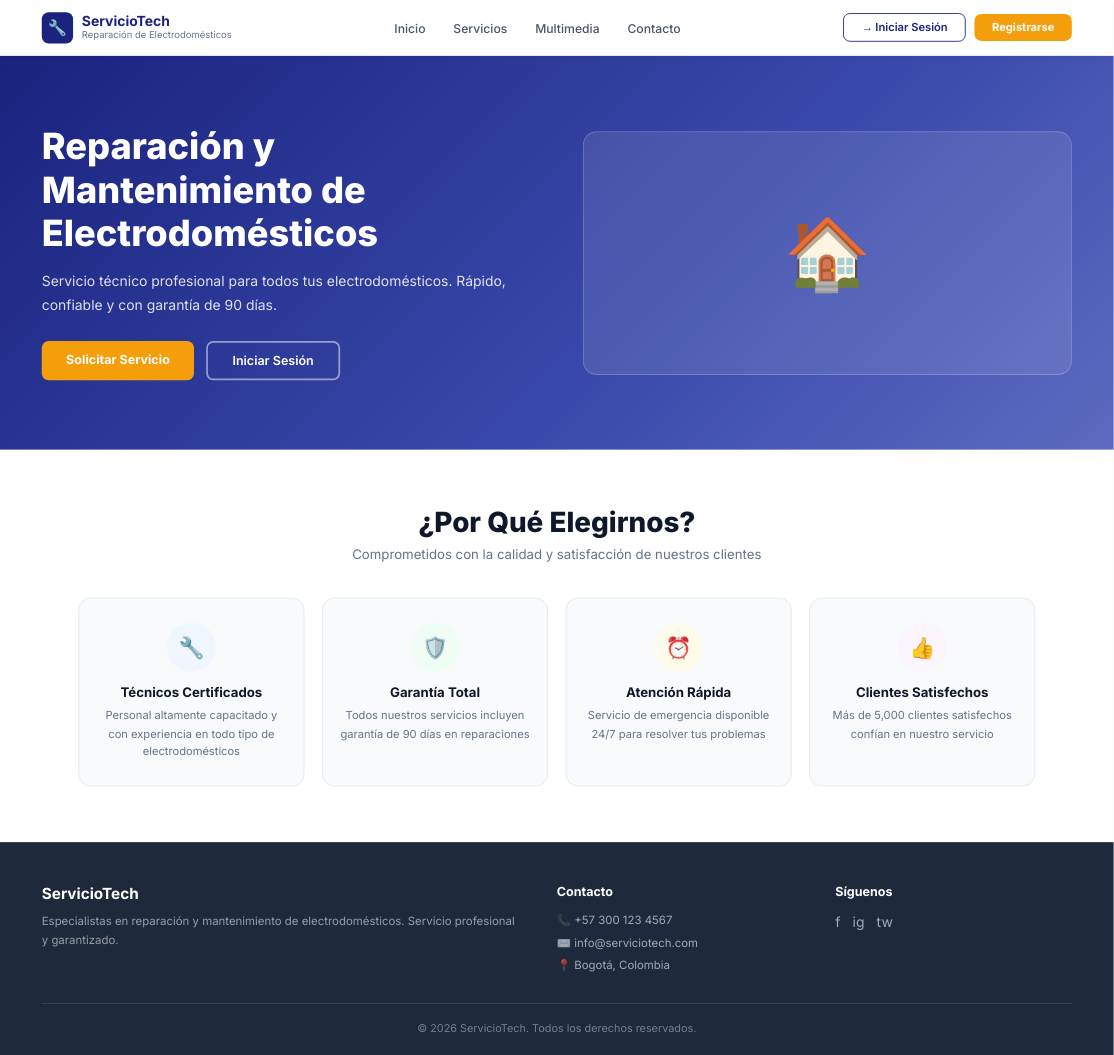
Repository: josuecadena337-hue/serviciotech-larevel-
Page: resources/views/welcome.blade.php
These files come from the project's save history. The page is drawn as it stood at one moment and after the next save; the edit follows.
The browser window is 1280 px wide. The pictures show the whole page, at 87% of full size.
The page is served by the project's Laravel application, run on PHP 8.4 with Laravel 12. Other server files are loaded and not shown. The template is opened directly, without the code that normally fills it, so the values that code supplies are empty.

Above is the page before, as saved 2026-08-20 11:09:22.

### resources/views/welcome.blade.php
<!DOCTYPE html>
<html lang="es">
<head>
    <meta charset="UTF-8">
    <meta name="viewport" content="width=device-width, initial-scale=1.0">
    <title>ServicioTech — Reparación de Electrodomésticos</title>
    <link href="https://fonts.googleapis.com/css2?family=Inter:wght@400;500;600;700;800&display=swap" rel="stylesheet">
    <style>
        * { margin: 0; padding: 0; box-sizing: border-box; }
        body { font-family: 'Inter', sans-serif; color: #1e293b; background: #f8fafc; }

        /* ── NAVBAR ── */
        .navbar { background: white; padding: 0 48px; display: flex; align-items: center; justify-content: space-between; height: 64px; border-bottom: 1px solid #e2e8f0; position: sticky; top: 0; z-index: 100; box-shadow: 0 1px 8px rgba(0,0,0,0.06); }
        .navbar-brand { display: flex; align-items: center; gap: 10px; text-decoration: none; }
        .brand-icon { background: #1a237e; color: #f59e0b; width: 36px; height: 36px; border-radius: 8px; display: flex; align-items: center; justify-content: center; font-size: 1.1rem; }
        .brand-text h2 { color: #1a237e; font-size: 1rem; font-weight: 700; line-height: 1.1; }
        .brand-text p  { color: #64748b; font-size: 0.68rem; }
        .navbar-links { display: flex; align-items: center; gap: 32px; list-style: none; }
        .navbar-links a { color: #475569; text-decoration: none; font-size: 0.875rem; font-weight: 500; transition: color 0.2s; }
        .navbar-links a:hover { color: #1a237e; }
        .navbar-actions { display: flex; gap: 10px; align-items: center; }
        .btn-login { padding: 8px 20px; border: 1.5px solid #1a237e; border-radius: 8px; color: #1a237e; background: transparent; font-size: 0.8rem; font-weight: 600; text-decoration: none; display: flex; align-items: center; gap: 6px; transition: all 0.2s; }
        .btn-login:hover { background: #eff6ff; }
        .btn-register { padding: 8px 20px; background: #f59e0b; border: none; border-radius: 8px; color: white; font-size: 0.8rem; font-weight: 700; text-decoration: none; transition: all 0.2s; }
        .btn-register:hover { background: #d97706; }

        /* ── HERO ── */
        .hero { background: linear-gradient(135deg, #1a237e 0%, #3949ab 60%, #5c6bc0 100%); padding: 80px 48px; display: grid; grid-template-columns: 1fr 1fr; gap: 60px; align-items: center; }
        .hero-content h1 { color: white; font-size: 2.6rem; font-weight: 800; line-height: 1.2; margin-bottom: 16px; }
        .hero-content p  { color: rgba(255,255,255,0.85); font-size: 1rem; line-height: 1.7; margin-bottom: 28px; }
        .hero-buttons { display: flex; gap: 14px; }
        .btn-hero-primary { padding: 12px 28px; background: #f59e0b; color: white; font-weight: 700; font-size: 0.9rem; border-radius: 8px; text-decoration: none; transition: all 0.2s; }
        .btn-hero-primary:hover { background: #d97706; transform: translateY(-1px); }
        .btn-hero-secondary { padding: 12px 28px; background: transparent; color: white; font-weight: 600; font-size: 0.9rem; border-radius: 8px; text-decoration: none; border: 2px solid rgba(255,255,255,0.5); transition: all 0.2s; }
        .btn-hero-secondary:hover { border-color: white; background: rgba(255,255,255,0.1); }
        .hero-image { background: rgba(255,255,255,0.1); border-radius: 16px; height: 280px; display: flex; align-items: center; justify-content: center; font-size: 5rem; border: 1px solid rgba(255,255,255,0.2); }

        /* ── POR QUÉ ELEGIRNOS ── */
        .features { padding: 64px 48px; background: white; }
        .section-title { text-align: center; margin-bottom: 40px; }
        .section-title h2 { font-size: 2rem; font-weight: 800; color: #0f172a; margin-bottom: 8px; }
        .section-title p  { color: #64748b; font-size: 0.95rem; }
        .features-grid { display: grid; grid-template-columns: repeat(4,1fr); gap: 20px; max-width: 1100px; margin: 0 auto; }
        .feature-card { background: #f8fafc; border-radius: 14px; padding: 28px 20px; text-align: center; border: 1px solid #e2e8f0; transition: all 0.2s; }
        .feature-card:hover { transform: translateY(-3px); box-shadow: 0 8px 24px rgba(0,0,0,0.08); }
        .feature-icon { width: 56px; height: 56px; border-radius: 50%; display: flex; align-items: center; justify-content: center; font-size: 1.5rem; margin: 0 auto 14px; }
        .feature-card h3 { font-size: 0.95rem; font-weight: 700; margin-bottom: 8px; color: #0f172a; }
        .feature-card p  { font-size: 0.8rem; color: #64748b; line-height: 1.6; }

        /* ── FOOTER ── */
        footer { background: #1e293b; color: white; padding: 48px 48px 24px; }
        .footer-grid { display: grid; grid-template-columns: 2fr 1fr 1fr; gap: 48px; margin-bottom: 36px; }
        .footer-brand h3 { font-size: 1.1rem; font-weight: 700; margin-bottom: 10px; }
        .footer-brand p  { color: rgba(255,255,255,0.55); font-size: 0.82rem; line-height: 1.7; }
        .footer-col h4   { font-size: 0.9rem; font-weight: 700; margin-bottom: 16px; }
        .footer-col ul   { list-style: none; display: flex; flex-direction: column; gap: 10px; }
        .footer-col ul li { color: rgba(255,255,255,0.6); font-size: 0.82rem; display: flex; align-items: center; gap: 8px; }
        .footer-bottom { border-top: 1px solid rgba(255,255,255,0.1); padding-top: 20px; text-align: center; color: rgba(255,255,255,0.4); font-size: 0.78rem; }
    </style>
</head>
<body>

{{-- NAVBAR --}}
<nav class="navbar">
    <a href="{{ route('inicio') }}" class="navbar-brand">
        <div class="brand-icon">🔧</div>
        <div class="brand-text">
            <h2>ServicioTech</h2>
            <p>Reparación de Electrodomésticos</p>
        </div>
    </a>
    <ul class="navbar-links">
        <li><a href="{{ route('inicio') }}">Inicio</a></li>
        <li><a href="{{ route('servicios') }}">Servicios</a></li>
        <li><a href="{{ route('multimedia') }}">Multimedia</a></li>
        <li><a href="{{ route('contacto') }}">Contacto</a></li>
    </ul>
    <div class="navbar-actions">
        <a href="{{ route('login') }}" class="btn-login">→ Iniciar Sesión</a>
        <a href="{{ route('registro') }}" class="btn-register">Registrarse</a>
    </div>
</nav>

{{-- HERO --}}
<section class="hero">
    <div class="hero-content">
        <h1>Reparación y Mantenimiento de Electrodomésticos</h1>
        <p>Servicio técnico profesional para todos tus electrodomésticos. Rápido, confiable y con garantía de 90 días.</p>
        <div class="hero-buttons">
            <a href="{{ route('registro') }}" class="btn-hero-primary">Solicitar Servicio</a>
            <a href="{{ route('login') }}" class="btn-hero-secondary">Iniciar Sesión</a>
        </div>
    </div>
    <div class="hero-image">🏠</div>
</section>

{{-- ¿POR QUÉ ELEGIRNOS? --}}
<section class="features">
    <div class="section-title">
        <h2>¿Por Qué Elegirnos?</h2>
        <p>Comprometidos con la calidad y satisfacción de nuestros clientes</p>
    </div>
    <div class="features-grid">
        <div class="feature-card">
            <div class="feature-icon" style="background:#eff6ff;">🔧</div>
            <h3>Técnicos Certificados</h3>
            <p>Personal altamente capacitado y con experiencia en todo tipo de electrodomésticos</p>
        </div>
        <div class="feature-card">
            <div class="feature-icon" style="background:#f0fdf4;">🛡️</div>
            <h3>Garantía Total</h3>
            <p>Todos nuestros servicios incluyen garantía de 90 días en reparaciones</p>
        </div>
        <div class="feature-card">
            <div class="feature-icon" style="background:#fffbeb;">⏰</div>
            <h3>Atención Rápida</h3>
            <p>Servicio de emergencia disponible 24/7 para resolver tus problemas</p>
        </div>
        <div class="feature-card">
            <div class="feature-icon" style="background:#faf5ff;">👍</div>
            <h3>Clientes Satisfechos</h3>
            <p>Más de 5,000 clientes satisfechos confían en nuestro servicio</p>
        </div>
    </div>
</section>

{{-- FOOTER --}}
<footer id="contacto">
    <div class="footer-grid">
        <div class="footer-brand">
            <h3>ServicioTech</h3>
            <p>Especialistas en reparación y mantenimiento de electrodomésticos. Servicio profesional y garantizado.</p>
        </div>
        <div class="footer-col">
            <h4>Contacto</h4>
            <ul>
                <li>📞 +57 300 123 4567</li>
                <li>✉️ info@serviciotech.com</li>
                <li>📍 Bogotá, Colombia</li>
            </ul>
        </div>
        <div class="footer-col">
            <h4>Síguenos</h4>
            <div style="display:flex; gap:14px; margin-top:4px;">
                <a href="#" style="color:rgba(255,255,255,0.6); text-decoration:none;">f</a>
                <a href="#" style="color:rgba(255,255,255,0.6); text-decoration:none;">ig</a>
                <a href="#" style="color:rgba(255,255,255,0.6); text-decoration:none;">tw</a>
            </div>
        </div>
    </div>
    <div class="footer-bottom">
        <p>© {{ date('Y') }} ServicioTech. Todos los derechos reservados.</p>
    </div>
</footer>

</body>
</html>

Loaded but not shown: routes/web.php (common file)

After the next save:
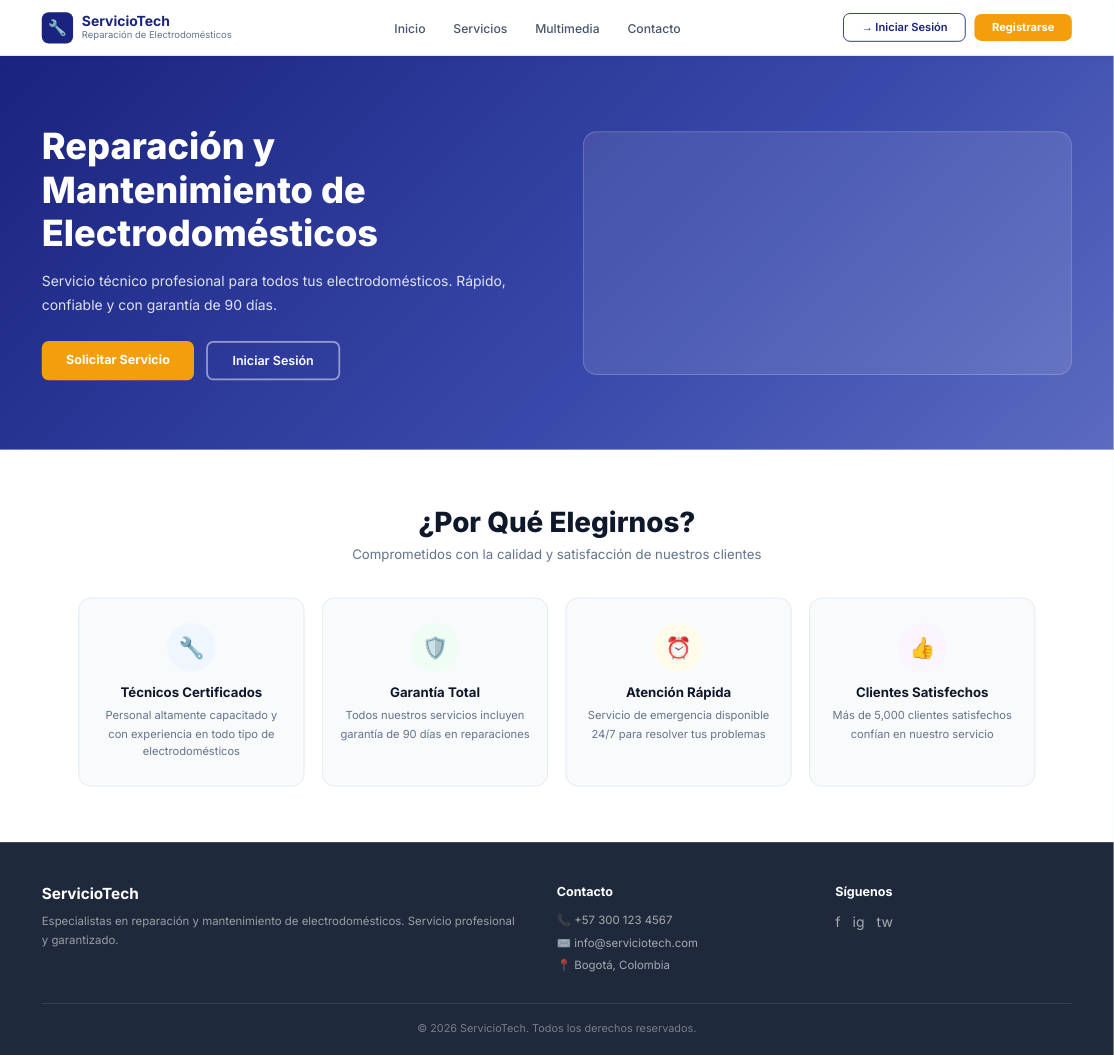
Saved 13 min 24 s later.
--- a/resources/views/welcome.blade.php
+++ b/resources/views/welcome.blade.php
@@ -91,7 +91,7 @@
             <a href="{{ route('login') }}" class="btn-hero-secondary">Iniciar Sesión</a>
         </div>
     </div>
-    <div class="hero-image">🏠</div>
+    <div class="hero-image"></div>
 </section>
 
 {{-- ¿POR QUÉ ELEGIRNOS? --}}
